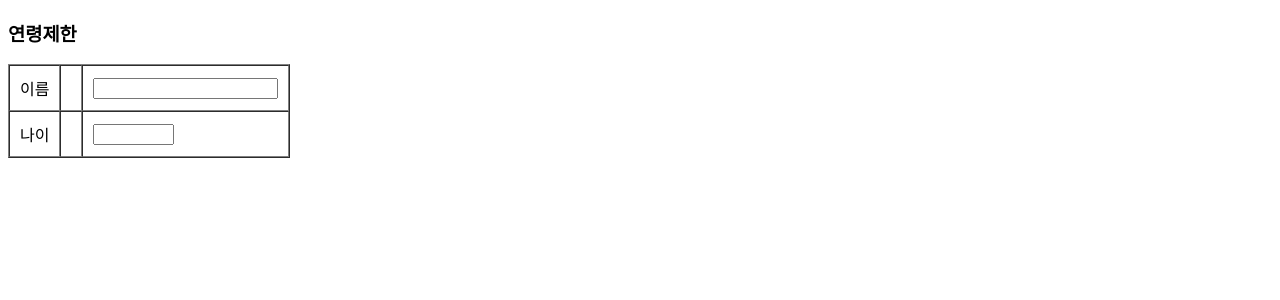
Repository: jihyunah/Java_EE
Page: workspace/testServlet/src/main/webapp/param.html
The author's editor kept a copy of each file at every save. The page is drawn from the files as they stood at one save, then again after the next save.
The browser window is 1280 px wide. The pictures show the whole page.

Above is the page before, as saved 2023-02-22 05:49:20.

After the next save:
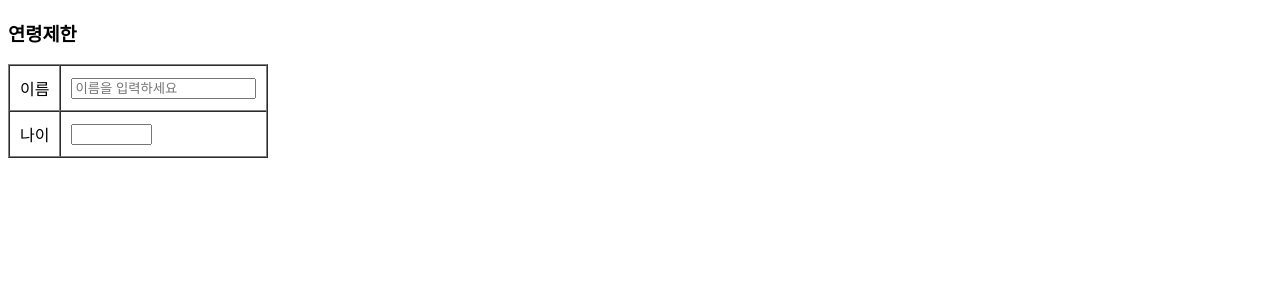
Saved 92 s later.
--- a/workspace/testServlet/src/main/webapp/param.html
+++ b/workspace/testServlet/src/main/webapp/param.html
@@ -9,12 +9,12 @@
 
 <table border="1" cellpadding="10" cellspacing="0">
 	<tr>
-		<td>이름 <td>
-		<td><input type="text" name="name"></td>
+		<td>이름 </td>
+		<td><input type="text" name="name" placeholder="이름을 입력하세요 "></td>
 	</tr>
 
 	<tr>
-		<td>나이 <td>
+		<td>나이 </td>
 		<td><input type="text" name="age" size="7" maxlength="3"></td>
 	</tr>
 
